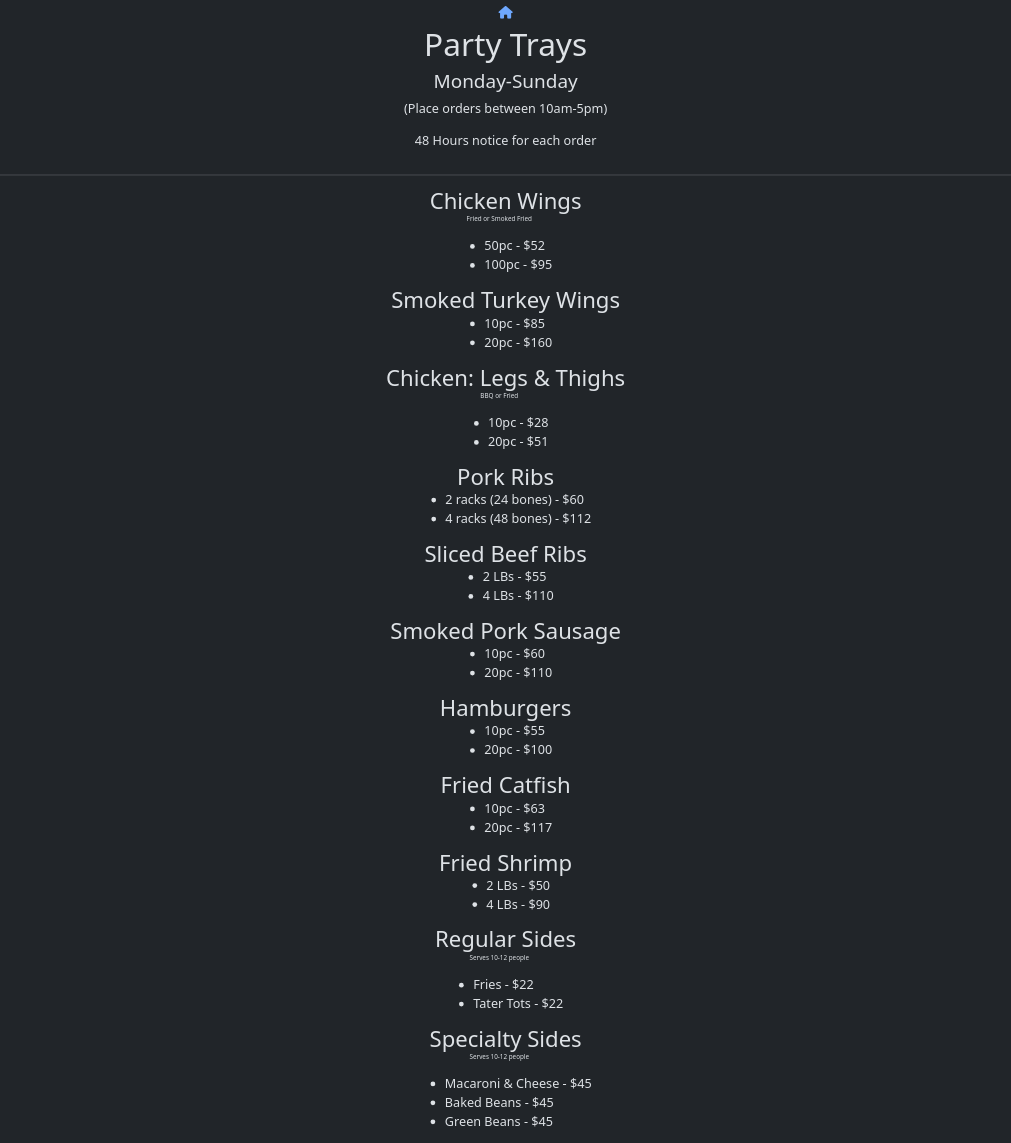
Repository: dukedward/smokehousemenu
Page: trays/index.html
An editor plug-in stored every save of this project. The page is shown before and after the next save, followed by the edit.
The browser window is 1280 px wide. The pictures show the whole page, at 79% of full size.
Some web libraries are served in a nearby version.

Above is the page before, as saved 2023-03-01 13:38:49.

### trays/index.html
<!DOCTYPE html>
<html lang="en" data-bs-theme="dark">
<head>
    <meta charset="UTF-8">
    <meta http-equiv="X-UA-Compatible" content="IE=edge">
    <meta name="viewport" content="width=device-width, initial-scale=1.0">
    <link rel="stylesheet" href="https://cdnjs.cloudflare.com/ajax/libs/font-awesome/6.3.0/css/all.min.css" integrity="sha512-SzlrxWUlpfuzQ+pcUCosxcglQRNAq/DZjVsC0lE40xsADsfeQoEypE+enwcOiGjk/bSuGGKHEyjSoQ1zVisanQ==" crossorigin="anonymous" referrerpolicy="no-referrer" />
    <link href="https://cdn.jsdelivr.net/npm/bootstrap@5.3.0-alpha1/dist/css/bootstrap.min.css" rel="stylesheet" integrity="sha384-GLhlTQ8iRABdZLl6O3oVMWSktQOp6b7In1Zl3/Jr59b6EGGoI1aFkw7cmDA6j6gD" crossorigin="anonymous">
    <link rel="stylesheet" href="../style.css" />
    <link rel="shortcut icon" href="../images/favicon.ico" type="image/x-icon">
    <title>Party Trays</title>
</head>
<body>
    <div class="title">
        <a href="/">
            <i class="fa-solid fa-house mt-2 mb-2"></i>
        </a>
        <h1>Party Trays</h1>
        <h4>Monday-Sunday</h4>
        <p>(Place orders between 10am-5pm)</p>
        <p>48 Hours notice for each order</p>
    </div>
    <hr>
    <div class="sections">
        <div class="sect">
            <h3>Chicken Wings</h3>
            <div class="desc">
                <p>Fried or Smoked Fried</p>
            </div>
            <ul>
                <li>50pc - $52</li>
                <li>100pc - $95</li>
            </ul>
        </div>
        <div class="sect">
            <h3>Smoked Turkey Wings</h3>
            <ul>
                <li>10pc - $85</li>
                <li>20pc - $160</li>
            </ul>
        </div>
        <div class="sect">
            <h3>Chicken: Legs & Thighs</h3>
            <div class="desc">
                <p>BBQ or Fried</p>
            </div>
            <ul>
                <li>10pc - $28</li>
                <li>20pc - $51</li>
            </ul>
        </div>
        <div class="sect">
            <h3>Pork Ribs</h3>
            <ul>
                <li>2 racks (24 bones) - $60</li>
                <li>4 racks (48 bones) - $112</li>
            </ul>
        </div>
        <div class="sect">
            <h3>Sliced Beef Ribs</h3>
            <ul>
                <li>2 LBs - $55</li>
                <li>4 LBs - $110</li>
            </ul>
        </div>
        <div class="sect">
            <h3>Smoked Pork Sausage</h3>
            <ul>
                <li>10pc - $60</li>
                <li>20pc - $110</li>
            </ul>
        </div>
        <div class="sect">
            <h3>Hamburgers</h3>
            <ul>
                <li>10pc - $55</li>
                <li>20pc - $100</li>
            </ul>
        </div>
        <div class="sect">
            <h3>Fried Catfish</h3>
            <ul>
                <li>10pc - $63</li>
                <li>20pc - $117</li>
            </ul>
        </div>
        <div class="sect">
            <h3>Fried Shrimp</h3>
            <ul>
                <li>2 LBs - $50</li>
                <li>4 LBs - $90</li>
            </ul>
        </div>
        <div class="sect">
            <h3>Regular Sides</h3>
            <div class="desc">
                <p>Serves 10-12 people</p>
            </div>
            <ul>
                <li>Fries - $22</li>
                <li>Tater Tots - $22</li>
            </ul>
        </div>
        <div class="sect">
            <h3>Specialty Sides</h3>
            <div class="desc">
                <p>Serves 10-12 people</p>
            </div>
            <ul>
                <li>Macaroni & Cheese - $45</li>
                <li>Baked Beans - $45</li>
                <li>Green Beans - $45</li>
            </ul>
        </div>
    </div>
    <script src="https://cdn.jsdelivr.net/npm/bootstrap@5.3.0-alpha1/dist/js/bootstrap.bundle.min.js" integrity="sha384-w76AqPfDkMBDXo30jS1Sgez6pr3x5MlQ1ZAGC+nuZB+EYdgRZgiwxhTBTkF7CXvN" crossorigin="anonymous"></script>
</body>
</html>

### style.css
.container {
    height: 100vh;
}

.title {
	display: flex;
	flex-direction: column;
	justify-content: center;
	align-items: center;
}

.sections {
	display: grid;
}

.sect, .sub-sect {
	display: flex;
	flex-direction: column;
	justify-content: left;
	align-items: center;
}

.sect h2,h3 {
    margin-bottom: 0;
}

.desc {
    display: flex;
    flex-direction: row;
    justify-content: space-between;
}

.desc p {
    padding-right: 1rem;
    font-size: .5rem;
}

After the next save:
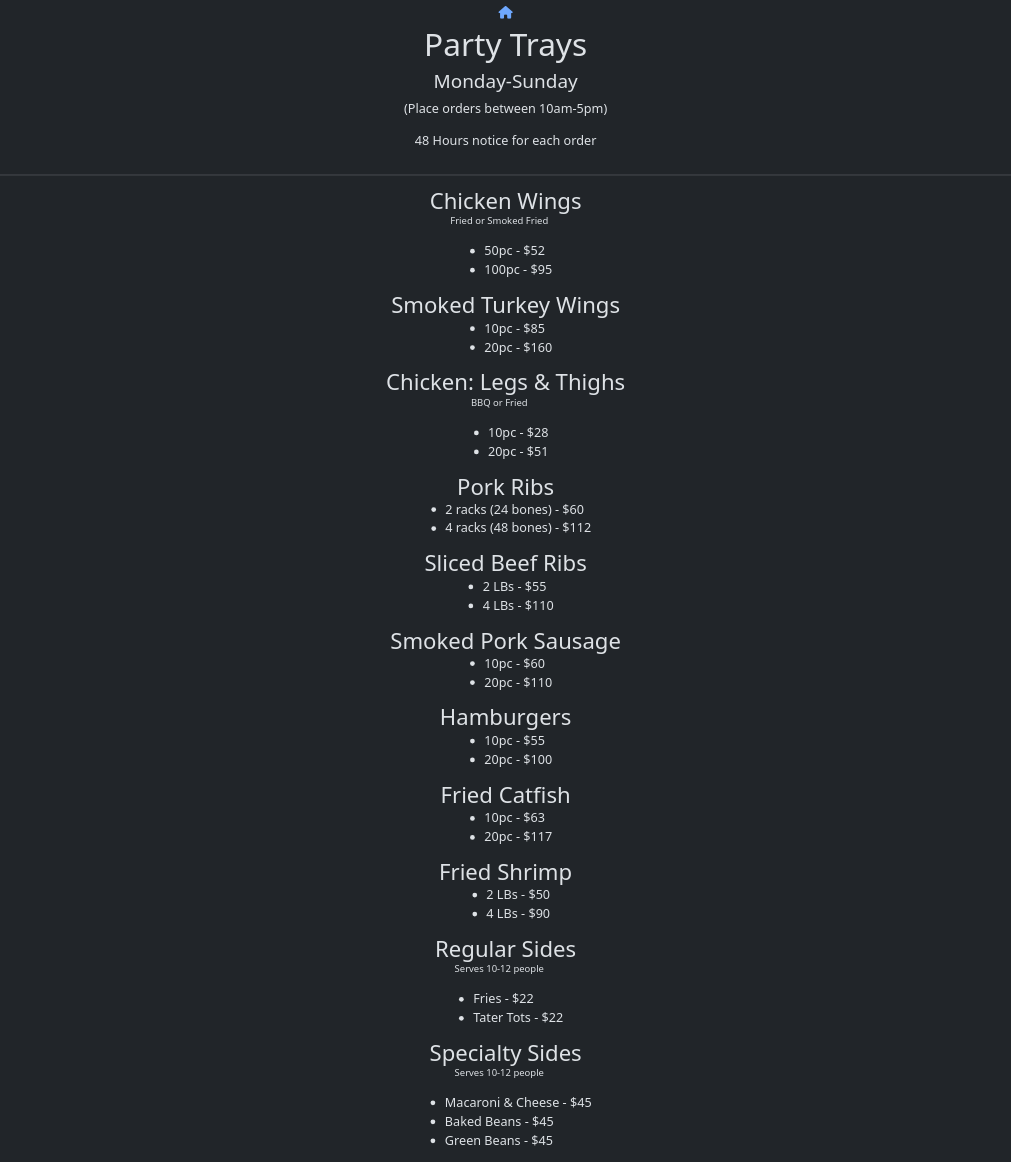
Saved 6 s later.
--- a/style.css
+++ b/style.css
@@ -32,5 +32,5 @@
 
 .desc p {
     padding-right: 1rem;
-    font-size: .5rem;
+    font-size: .75rem;
 }
